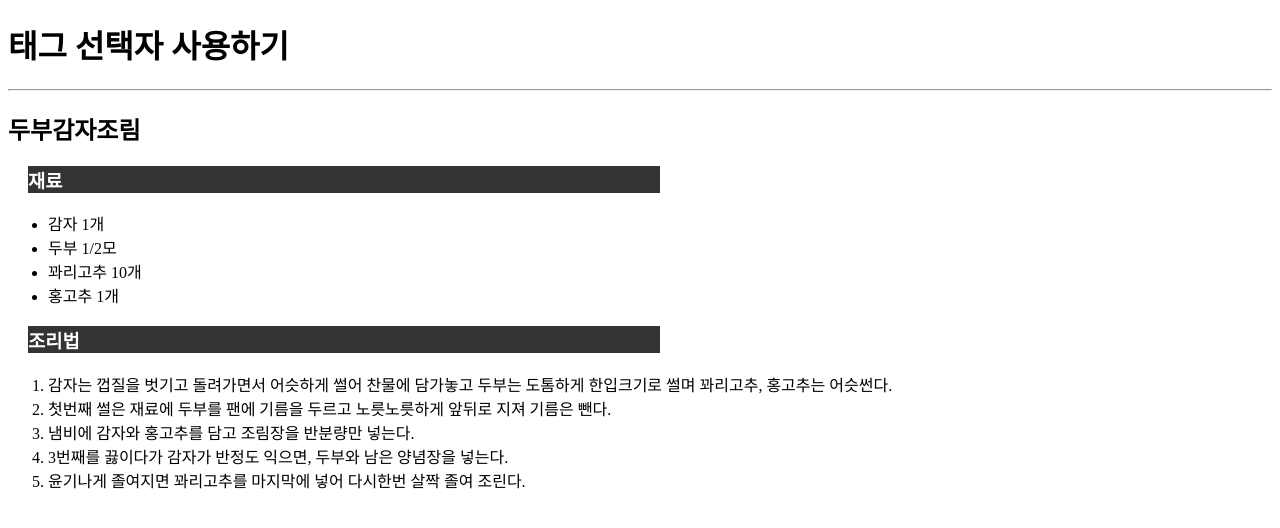
Repository: song-bean/Web_song
Page: 02_CSS/src/main/webapp/chapter02/unit01_01_tag_before.html
These files come from the project's save history. The page is drawn as it stood at one moment and after the next save; the edit follows.
The browser window is 1280 px wide. The pictures show the whole page.

Above is the page before, as saved 2023-02-23 00:19:59.

### 02_CSS/src/main/webapp/chapter02/unit01_01_tag_before.html
<!DOCTYPE HTML>
<html>
	<head>
		<title>태그 선택자 사용하기</title>
		<meta charset="UTF-8" />
		<style type="text/css">
			h3{
				background-color: #333; /* #000000 동일한 숫자가 반복되면 한 번만 써도 됨 */
				color : #fff; /* #ffffff */
				width:50%;
				margin-left:20px;
			}
		</style>
	</head>

	<body>
		<h1>태그 선택자 사용하기</h1>
		<hr />
		<h2>두부감자조림</h2>
		<h3>재료</h3>
		<ul>
			<li>감자 1개</li>
			<li>두부 1/2모</li>
			<li>꽈리고추 10개</li>
			<li>홍고추 1개</li>
		</ul>
		<h3>조리법</h3>
		<ol>
			<li>감자는 껍질을 벗기고 돌려가면서 어슷하게 썰어 찬물에 담가놓고 두부는 도톰하게 한입크기로 썰며 꽈리고추, 홍고추는 어슷썬다.	</li>
			<li>첫번째 썰은 재료에 두부를 팬에 기름을 두르고 노릇노릇하게 앞뒤로 지져 기름은 뺀다. </li>
			<li>냄비에 감자와 홍고추를 담고 조림장을 반분량만 넣는다. </li>
			<li>3번째를 끓이다가 감자가 반정도 익으면, 두부와 남은 양념장을 넣는다. </li>
			<li>윤기나게 졸여지면 꽈리고추를 마지막에 넣어 다시한번 살짝 졸여 조린다.</li>
		</ol>
	</body>
</html>

After the next save:
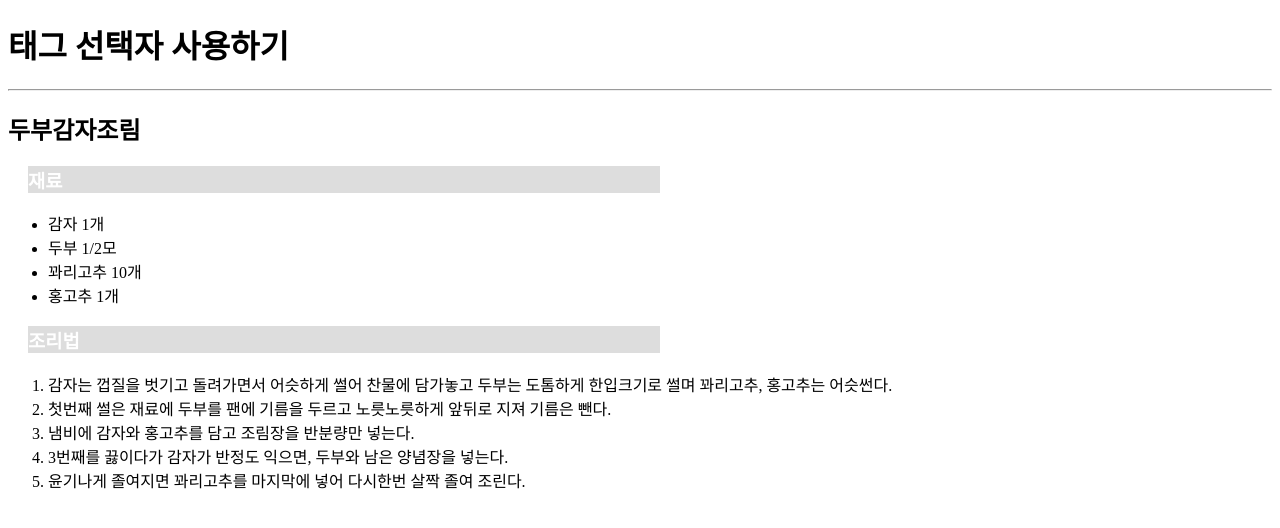
Saved 10 s later.
--- a/02_CSS/src/main/webapp/chapter02/unit01_01_tag_before.html
+++ b/02_CSS/src/main/webapp/chapter02/unit01_01_tag_before.html
@@ -5,7 +5,7 @@
 		<meta charset="UTF-8" />
 		<style type="text/css">
 			h3{
-				background-color: #333; /* #000000 동일한 숫자가 반복되면 한 번만 써도 됨 */
+				background-color: #ddd; /* #000000 동일한 숫자가 반복되면 한 번만 써도 됨 */
 				color : #fff; /* #ffffff */
 				width:50%;
 				margin-left:20px;
